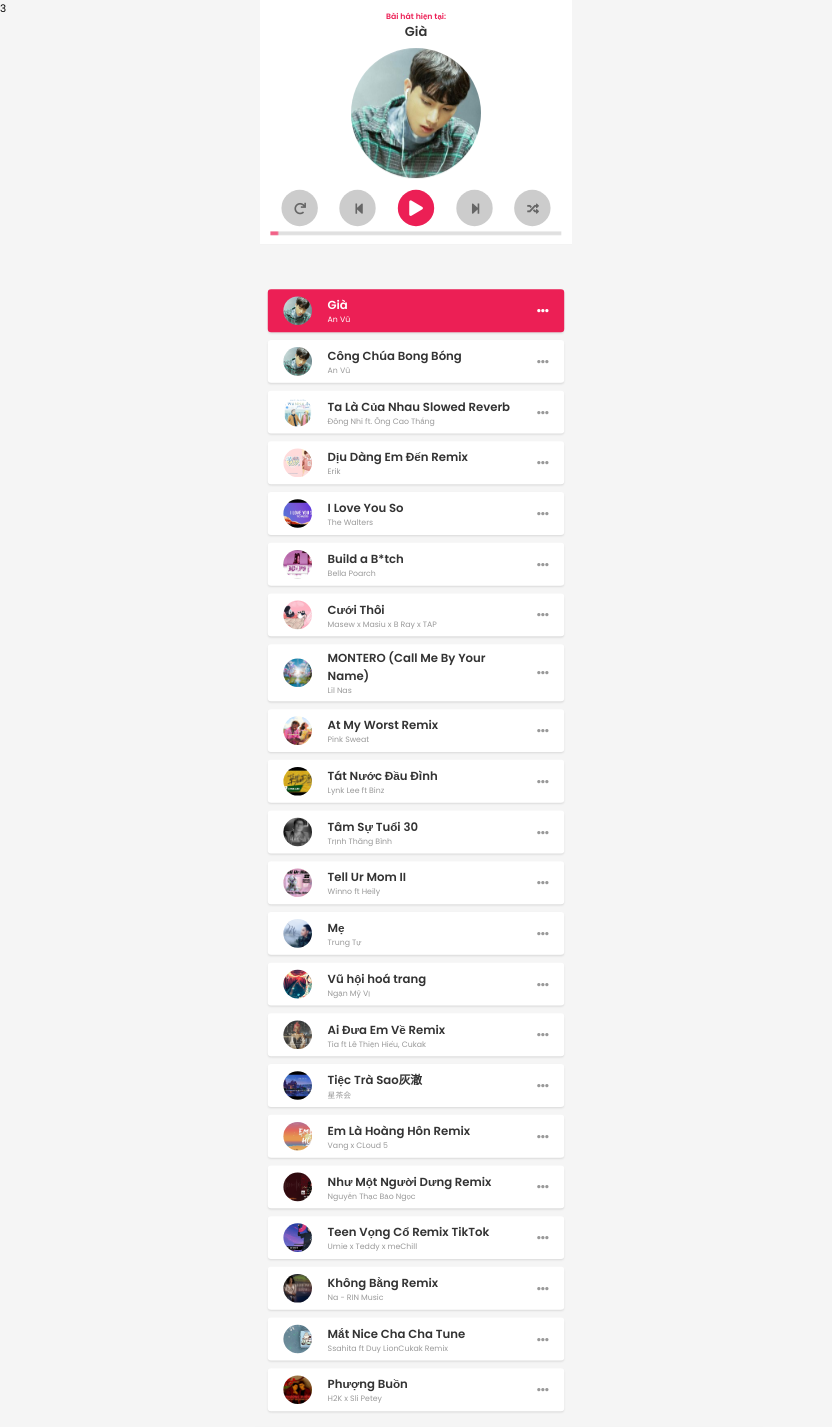
Repository: hopcodedao/music
Page: index.html
The author's editor kept a copy of each file at every save. The page is drawn from the files as they stood at one save, then again after the next save.
The browser window is 1280 px wide. The pictures show the whole page, at 65% of full size.

Above is the page before, as saved 2022-09-06 21:25:15.
Console error: ReferenceError: _this is not defined

After the next save:
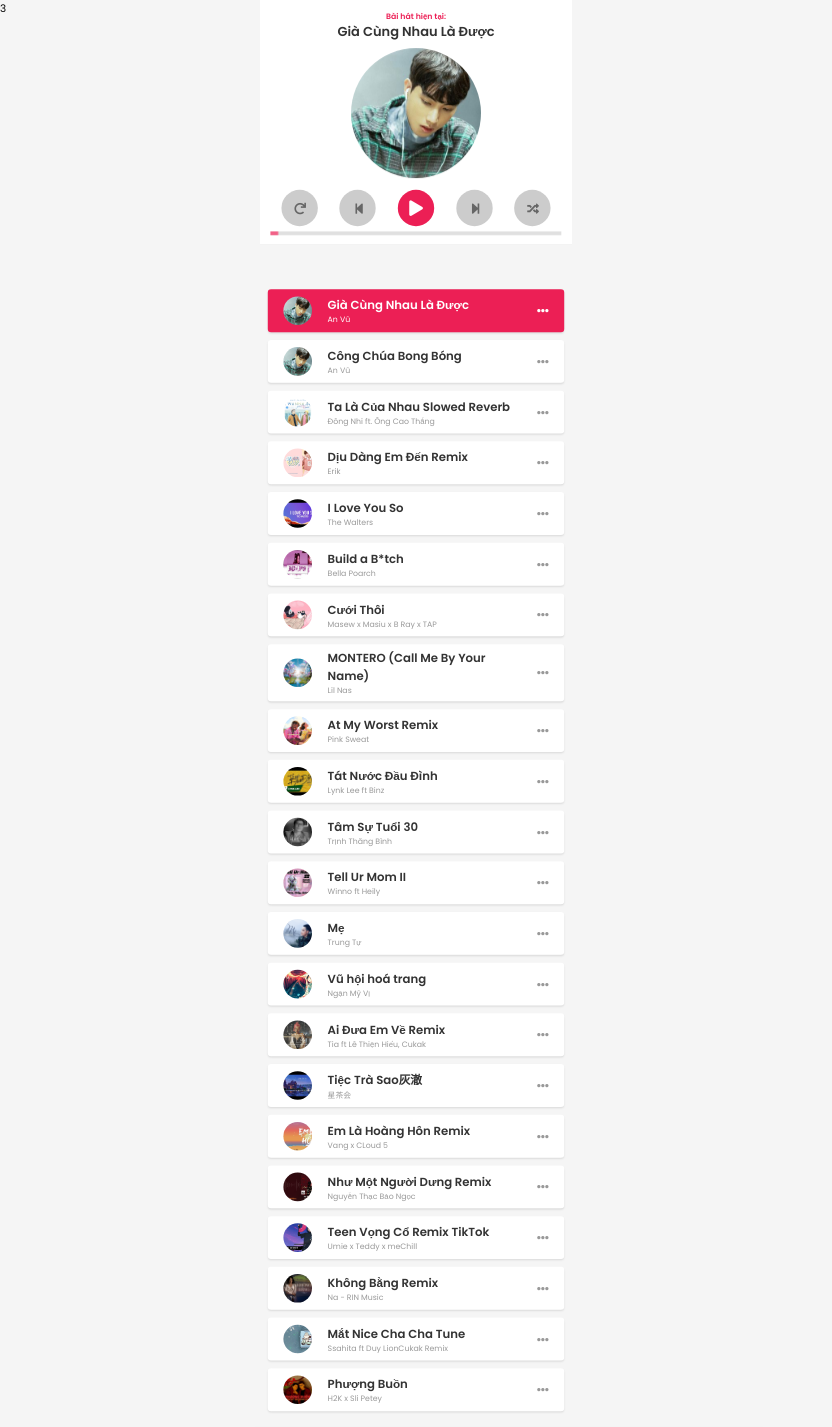
Saved 14 s later.
--- a/app.js
+++ b/app.js
@@ -23,7 +23,7 @@ const app = {
     config: JSON.parse(localStorage.getItem('PLAYER_STORAGE_KEY')) || {},
     songs : [
         {
-            name: 'Già',
+            name: 'Già Cùng Nhau Là Được',
             singer: 'An Vũ',
             path: './assets/songs/Công Chúa Bong Bóng.mp3',
             image: './assets/img/anvu.jpg'
